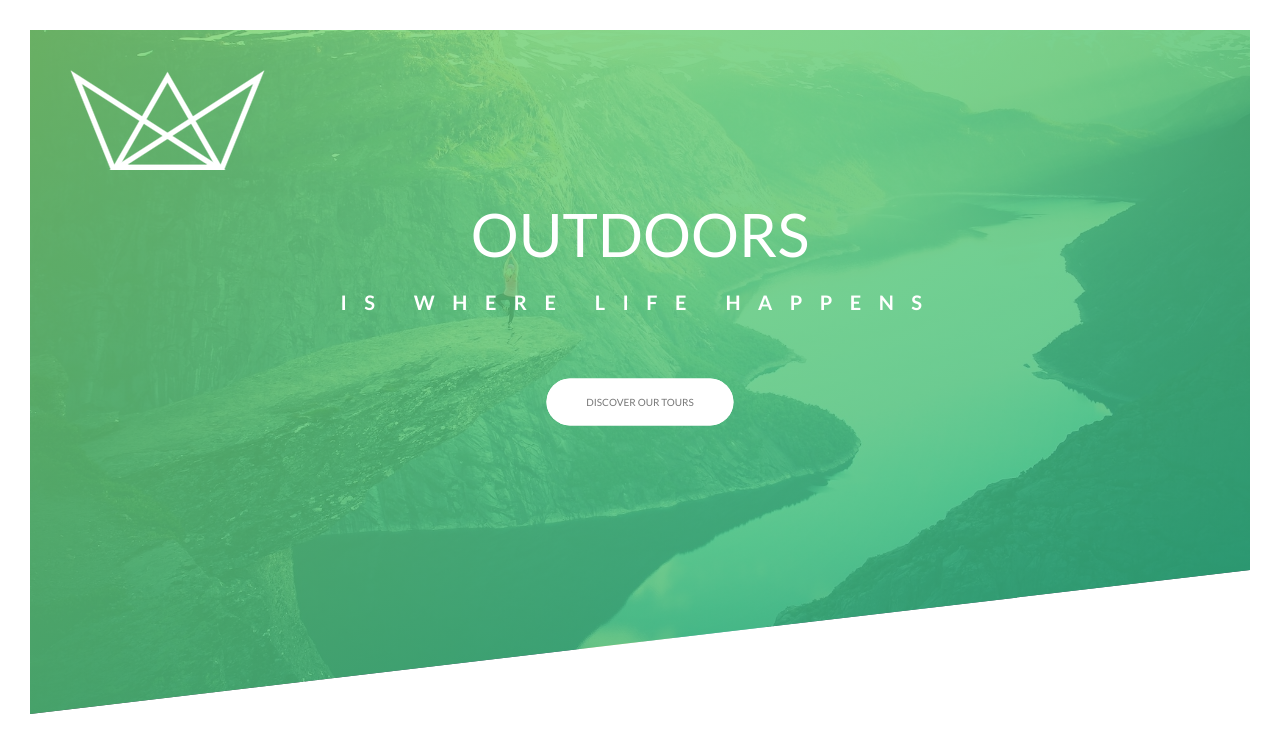
Repository: MalgorzataMazur/Natours
Page: index.html
The author's editor kept a copy of each file at every save. The page is drawn from the files as they stood at one save, then again after the next save.
The browser window is 1280 px wide. The pictures show the whole page.

Above is the page before, as saved 2020-01-14 19:11:53.

After the next save:
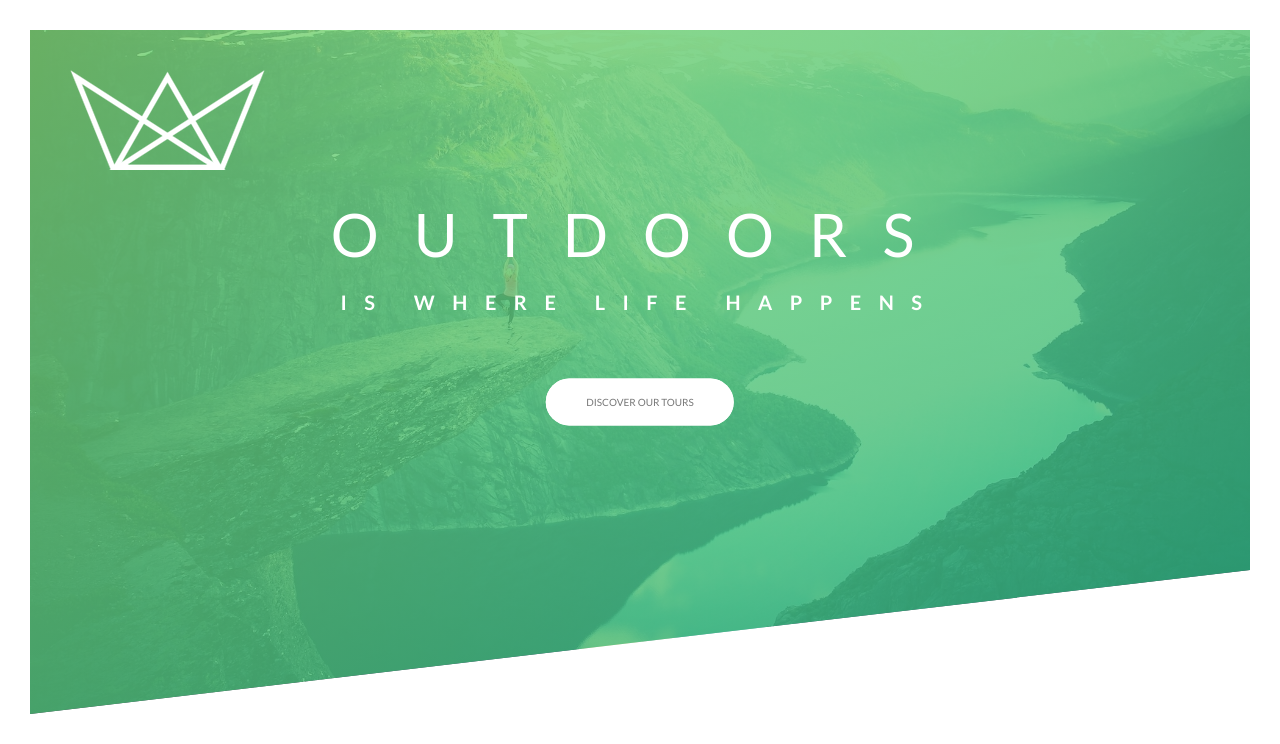
Saved 48 s later.
--- a/css/style.css
+++ b/css/style.css
@@ -71,7 +71,7 @@ body {
     display: block;
     font-size: 6rem;
     font-weight: 400;
-    letter-spacing: 3,5rem;
+    letter-spacing: 3.5rem;
 
     animation-name: moveInLeft;               /*  for animation to woerk there're two only properties to specify aniamtion name and the anim ation duration */
     animation-duration: 1s;
